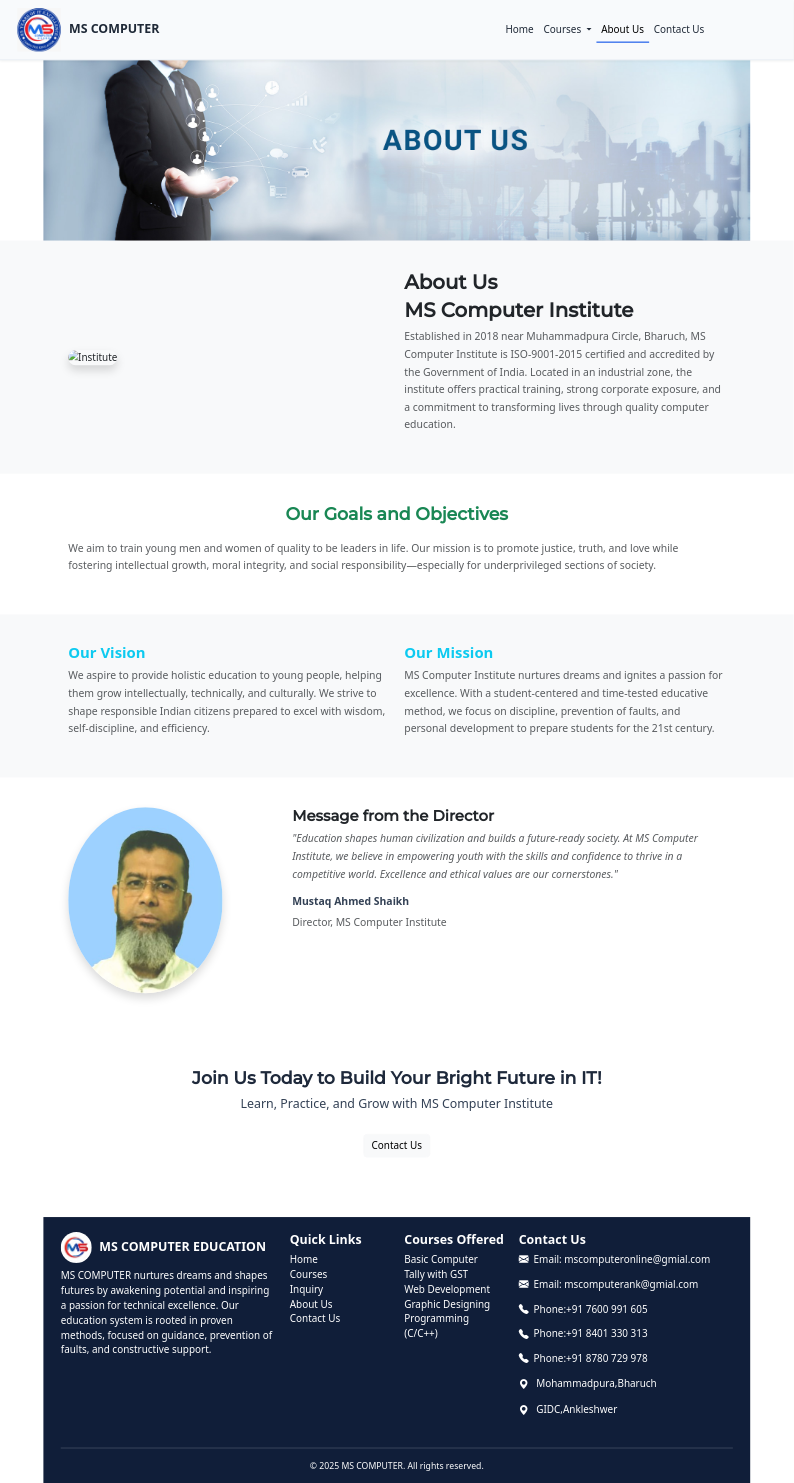
Repository: mscomputer2025/mscomputer
Page: http://localhost/aboutus
An editor plug-in stored every save of this project. The page is shown before and after the next save, followed by the edit.
The browser window is 1280 px wide. The pictures show the whole page, at 62% of full size.
Some web fonts or font styles are not loaded; a fallback is used. The page is served by the project's Laravel application, run on PHP 8.4 with Laravel 12. Other server files are loaded and not shown. Queries for data that is not in the repository find no rows.

Above is the page before, as saved 2025-07-04 17:48:45.

### app/Providers/AppServiceProvider.php
<?php

namespace App\Providers;

use Illuminate\Support\ServiceProvider;
use App\Models\Courses;
use Illuminate\Support\Facades\View;

class AppServiceProvider extends ServiceProvider
{

    public function register(): void
    {
        //
    }

    public function boot()
{
    View::composer('*', function ($view) {
        $view->with('allCourses', Courses::all());
    });
}
}

### app/Providers/ViewServiceProvider.php
<?php

namespace App\Providers;

use Illuminate\Support\ServiceProvider;
use Illuminate\Support\Facades\View;
use Illuminate\View\Compilers\BladeCompiler;
use Illuminate\Support\Facades\Validator;
use App\Models\Courses;

class ViewServiceProvider extends ServiceProvider
{

    public function register(): void
    {
        //
    }


    public function boot()
    {
        View::composer('*', function ($view) {
            $courses = Courses::all();
            $view->with('courses', $courses);
        });
    }
}

### routes/web.php
<?php

use Illuminate\Support\Facades\Route;

Route::get('/', function () {
    return view('homepage');
});
Route::get('/contactus', function () {
    return view('contactus');
});
Route::get('/courses', function () {
    return view('courses');
});
Route::get('/aboutus', function () {
    return view('aboutus');
});

### app/Models/Courses.php
<?php

namespace App\Models;

use Illuminate\Database\Eloquent\Model;

class Courses extends Model
{
    protected $fillable = [
        'course_id', 'course_title', 'course_image', 'course_duration',
        'course_description', 'course_curriculum', 'course_rating', 'course_reviews'
    ];

    protected $casts = [
        'course_curriculum' => 'array',
    ];
}

### resources/views/aboutus.blade.php
@extends('master.master')

@section('title', 'About Us')

@section('content')

    <!-- Hero Banner -->
    <div class="container p-0">
        <img src="{{ asset('images/aboutus.jpg') }}" class="img-fluid"
            style="max-height: 400px; object-fit: cover;" alt="MS Computer Institute">
    </div>

    <!-- About Section -->
    <section class="py-5 bg-light">
        <div class="container">
            <div class="row align-items-center mx-3">
                <div class="col-lg-6 mb-4 mb-lg-0">
                    <img src="{{ asset('images/institute-front.jpg') }}" class="img-fluid rounded-4 shadow" alt="Institute">
                </div>
                <div class="col-lg-6">
                    <h2 class="fw-bold text-dark">About Us </h2>
                    <h2 class="fw-bold text-dark">MS Computer Institute </h2>
                    <p class="text-muted">Established in 2018 near Muhammadpura Circle, Bharuch, MS Computer Institute is
                        ISO-9001-2015 certified and accredited by the Government of India. Located in an industrial zone,
                        the institute offers practical training, strong corporate exposure, and a commitment to transforming
                        lives through quality computer education.</p>
                </div>
            </div>
        </div>
    </section>

    <!-- Goals and Objectives -->
    <section class="py-5">
        <div class="container">
            <h3 class="text-center fw-bold mb-4 text-success">Our Goals and Objectives</h3>
            <div class="row mx-3">
                <div class="col-md-12">
                    <p class="text-muted">We aim to train young men and women of quality to be leaders in life. Our mission
                        is to promote justice, truth, and love while fostering intellectual growth, moral integrity, and
                        social responsibility—especially for underprivileged sections of society.</p>
                </div>
            </div>
        </div>
    </section>

    <!-- Vision & Mission -->
    <section class="py-5 bg-light">
        <div class="container">
            <div class="row g-4 mx-3">
                <div class="col-md-6">
                    <h4 class="fw-semibold text-info">Our Vision</h4>
                    <p class="text-muted">We aspire to provide holistic education to young people, helping them grow
                        intellectually, technically, and culturally. We strive to shape responsible Indian citizens prepared
                        to excel with wisdom, self-discipline, and efficiency.</p>
                </div>
                <div class="col-md-6">
                    <h4 class="fw-semibold text-info">Our Mission</h4>
                    <p class="text-muted">MS Computer Institute nurtures dreams and ignites a passion for excellence. With a
                        student-centered and time-tested educative method, we focus on discipline, prevention of faults, and
                        personal development to prepare students for the 21st century.</p>
                </div>
            </div>
        </div>
    </section>

    <!-- Director's Message -->
    <section class="py-5">
        <div class="container">
            <div class="row align-items-start mx-3">
                <div class="col-lg-4 mb-4">
                    <img src="{{ asset('images/director.jpg') }}" class="img-fluid rounded-circle shadow" alt="Director"
                        style="max-height: 300px;">
                </div>
                <div class="col-lg-8">
                    <h4 class="fw-bold text-dark">Message from the Director</h4>
                    <p class="text-muted fst-italic">"Education shapes human civilization and builds a future-ready society.
                        At MS Computer Institute, we believe in empowering youth with the skills and confidence to thrive in
                        a competitive world. Excellence and ethical values are our cornerstones."</p>
                    <p class="mb-1 fw-semibold">Mustaq Ahmed Shaikh</p>
                    <p class="text-muted">Director, MS Computer Institute</p>
                </div>
            </div>
        </div>
    </section>

    <!-- Call to Action -->
    <section class="py-5  text-white text-center" style="color: rgba(var(--bs-white-rgb), var(--bs-text-opacity)) !important;">
        <div class="container">
            <h3 class="fw-bold mx-3">Join Us Today to Build Your Bright Future in IT!</h3>
            <p class="lead mx-3">Learn, Practice, and Grow with MS Computer Institute</p>
            <a href="{{ url('/contact') }}" class="btn btn-light mt-3 mx-3">Contact Us</a>
        </div>
    </section>

@endsection

### resources/views/master/master.blade.php
<!DOCTYPE html>
<html lang="en">
<head>
    <meta charset="UTF-8">
    <meta name="viewport" content="width=device-width, initial-scale=1.0">
    <link rel="stylesheet" href="{{ asset('css/master.css') }}">
    <link href="https://fonts.googleapis.com/css2?family=Poppins&display=swap" rel="stylesheet">
    <link href="https://fonts.googleapis.com/css2?family=Orbitron:wght@600&family=Montserrat:wght@500&display=swap" rel="stylesheet">
    <link rel="stylesheet" href="https://cdn.jsdelivr.net/npm/bootstrap-icons@1.10.5/font/bootstrap-icons.css">
    <link href="https://cdn.jsdelivr.net/npm/bootstrap@5.3.7/dist/css/bootstrap.min.css" rel="stylesheet">
    <title>MS COMPUTER - @yield('title')</title>
</head>
<body>

    @include('master.header')

    <main>
        @yield('content')
    </main>

    @include('master.footer')

    <script src="https://cdn.jsdelivr.net/npm/bootstrap@5.3.7/dist/js/bootstrap.bundle.min.js"></script>
</body>
</html>

### resources/views/master/header.blade.php
<nav class="navbar navbar-expand-lg navbar-light shadow-sm">
    <div class="container mx-3">
        <a class="navbar-brand" href="#">
            <img src="{{ asset('logo.jpeg') }}" alt="Institute Logo" width="70" height="100" class="img-fluid">
            <span class="ms-2 fw-bold">MS COMPUTER</span>
        </a>
        <button class="navbar-toggler" type="button" data-bs-toggle="collapse" data-bs-target="#navbarContent"
            aria-controls="navbarContent" aria-expanded="false" aria-label="Toggle navigation">
            <span class="navbar-toggler-icon"></span>
        </button>

        <div class="collapse navbar-collapse justify-content-end" id="navbarContent">
            <ul class="navbar-nav mb-2 mb-lg-0">

                <li class="nav-item">
                    <a class="nav-link {{ request()->is('/') ? 'active' : '' }}" href="{{ url('/') }}">Home</a>
                </li>

                <li class="nav-item dropdown">
                    <a class="nav-link dropdown-toggle {{ request()->is('courses') ? 'active' : '' }}" href="#"
                        id="coursesDropdown" role="button" data-bs-toggle="dropdown" aria-expanded="false">
                        Courses
                    </a>
                    <ul class="dropdown-menu" aria-labelledby="coursesDropdown">
                        <li><a class="dropdown-item" href="#">Basic Computer</a></li>
                        <li><a class="dropdown-item" href="#">PGDCA</a></li>
                        <li><a class="dropdown-item" href="#">ADIT</a></li>
                        <li><a class="dropdown-item" href="#">Web Development & Designing</a></li>
                        <li><a class="dropdown-item" href="#">Tally GST</a></li>
                        <li><a class="dropdown-item" href="#">Graphic Design</a></li>
                    </ul>
                </li>

                <li class="nav-item">
                    <a class="nav-link {{ request()->is('aboutus') ? 'active' : '' }}" href="{{ url('/aboutus') }}">About
                        Us</a>
                </li>

                <li class="nav-item">
                    <a class="nav-link {{ request()->is('contactus') ? 'active' : '' }}"
                        href="{{ url('/contactus') }}">Contact Us</a>
                </li>

            </ul>
        </div>
    </div>
</nav>

### resources/views/master/footer.blade.php
<footer class="container text-white pt-4 pb-3 mt-5 footer-bg">
    <div class="mx-3">
        <div class="row">
            <!-- Institute Info -->
            <div class="col-md-4 mb-3">
                <a class="navbar-brand" href="#">
                    <img src="{{ asset('footerlogo.jpg') }}" alt="Institute Logo" width="50" height="70"
                        class="img-fluid rounded-circle me-2">
                </a>
                <span class="fw-bold h5">MS COMPUTER EDUCATION</span>
                <p class="mt-2">
                    MS COMPUTER nurtures dreams and shapes futures by awakening potential and inspiring a passion for
                    technical excellence. Our education system is rooted in proven methods, focused on guidance,
                    prevention of faults, and constructive support.
                </p>
            </div>

            <!-- Quick Links -->
            <div class="col-md-2 mb-3">
                <h5 class="fw-bold">Quick Links</h5>
                <ul class="list-unstyled">
                    <li><a href="#" class="text-white text-decoration-none">Home</a></li>
                    <li><a href="#" class="text-white text-decoration-none">Courses</a></li>
                    <li><a href="#" class="text-white text-decoration-none">Inquiry</a></li>
                    <li><a href="#" class="text-white text-decoration-none">About Us</a></li>
                    <li><a href="#" class="text-white text-decoration-none">Contact Us</a></li>
                </ul>
            </div>

            <!-- Courses Offered -->
            <div class="col-md-2 mb-3">
                <h5 class="fw-bold">Courses Offered</h5>
                <ul class="list-unstyled">
                    <li><a href="#" class="text-white text-decoration-none">Basic Computer</a></li>
                    <li><a href="#" class="text-white text-decoration-none">Tally with GST</a></li>
                    <li><a href="#" class="text-white text-decoration-none">Web Development</a></li>
                    <li><a href="#" class="text-white text-decoration-none">Graphic Designing</a></li>
                    <li><a href="#" class="text-white text-decoration-none">Programming (C/C++)</a></li>
                </ul>
            </div>

            <!-- Contact Info -->
            <div class="col-md-4 mb-3">
                <h5 class="fw-bold">Contact Us</h5>
                <p><i class="bi bi-envelope-fill me-2"></i>Email: mscomputeronline@gmial.com</p>
                <p><i class="bi bi-envelope-fill me-2"></i>Email: mscomputerank@gmial.com</p>
                <p><i class="bi bi-telephone-fill me-2"></i>Phone:+91 7600 991 605 </p>
                <p><i class="bi bi-telephone-fill me-2"></i>Phone:+91 8401 330 313</p>
                <p><i class="bi bi-telephone-fill me-2"></i>Phone:+91 8780 729 978</p>
                <p><i class="bi bi-geo-alt-fill me-2 align-middle"></i> Mohammadpura,Bharuch</p>
                <p><i class="bi bi-geo-alt-fill me-2 align-middle"></i> GIDC,Ankleshwer</p>
            </div>
        </div>

        <hr class="bg-secondary">
        <div class="text-center">
            <small>&copy; {{ date('Y') }} MS COMPUTER. All rights reserved.</small>
        </div>
    </div>
</footer>

### public/css/master.css
:root {
  --primary-light: #F8FAFC;
  --accent-blue: #2563EB;
  --nav-text: #1F2937;
  --footer-bg: #101e39;
  --footer-text: #bde6e0;
  --footer-link-hover: #2563EB;
}

.navbar {
  background-color: var(--primary-light);
  border-bottom: 1px solid #e2e8f0;
  /* font-family: 'Orbitron', sans-serif;  */
}

.navbar .navbar-brand span {
  color: var(--nav-text);
  font-weight: 700;
}

.navbar .nav-link {
  color: var(--nav-text);
  font-weight: 500;
}

.navbar .nav-link.active,
.navbar .nav-link:hover {
  color: var(--accent-blue);
  border-bottom: 2px solid var(--accent-blue);
}

/* Dropdown Styling */
.navbar .dropdown-menu {
  background-color: var(--primary-light);
  border: 1px solid #e2e8f0;
  box-shadow: 0 6px 12px rgba(0, 0, 0, 0.1);
}

.navbar .dropdown-item {
  color: var(--nav-text);
}

.navbar .dropdown-item:hover {
  background-color: var(--accent-blue);
  color: white;
}

footer.footer-bg {
  background-color: var(--footer-bg);
  color: var(--footer-text);
}

footer.footer-bg span h5 {
  color: var(--footer-text);
}

footer.footer-bg a {
  color: var(--footer-text);
  text-decoration: none;
}

footer.footer-bg a:hover {
  color: var(--footer-link-hover);
  text-decoration: underline;
}

footer.footer-bg hr {
  border-top: 1px solid #cbd5e1;
}

.hero {
  width: 100%;
  height: 100vh;
    background-image: url('../images/herosection.jpeg');
  background-position: center center;
  background-size: cover;
  background-repeat: no-repeat;
  position: relative;
  display: flex;
  align-items: center;
  justify-content: center;
  text-align: center;
  color: white;
  overflow: hidden;
  /* font-family: 'Orbitron', sans-serif; */
  padding: 0 15px;
}

.hero::before {
  content: "";
  position: absolute;
  inset: 0;
  background-color: rgba(0, 0, 0, 0.4);
  z-index: 1;
}
.hero>div {
  position: relative;
  z-index: 2;
  text-shadow: 0 2px 8px rgba(0, 0, 0, 0.8);
  max-width: 800px;
  margin: auto;
}
@media (max-width: 768px) {
  .hero h1 {
    font-size: 2rem;
  }

  .hero p {
    font-size: 1rem;
  }
}
@media (max-width: 480px) {
  .hero {
    height: 80vh;
    padding: 20px;
  }
  .hero h1 {
    font-size: 1.5rem;
  }

  .hero p {
    font-size: 0.95rem;
  }
}
.course-box {
  transition: transform 0.3s ease,
}
.course-box:hover {
  transform: translateY(-5px);
  box-shadow: 0 10px 20px rgba(12, 12, 12, 0.1);
}
.heading-styled {
  font-family: 'Orbitron', sans-serif;
  font-size: 2rem;
  letter-spacing: 1px;
  color: #1f2937;
  position: relative;
}
@media (max-width: 576px) {
  .heading-styled {
    font-size: 1.5rem;
  }
}
.heading-styled::after {
  content: "";
  width: 60%;
  height: 3px;
  position: absolute;
  bottom: -10px;
  left: 0;
  border-radius: 2px;
}
section .fw-bold {
  font-family: 'Montserrat', sans-serif;
  color: #1e293b;
}

section p {
  font-size: 1.05rem;
  line-height: 1.7;
  color: #334155;
}
.about-image {
  max-height: 500px;
  object-fit: cover;
  width: 70%;
}

@media (max-width: 768px) {
  .about-image {
    width: 100%;
  }
}
.cert-logo {

  object-fit: contain;
  transition: transform 0.3s ease;
}

.cert-logo:hover {
  transform: scale(1.1);
}

.typewriter {
  overflow: hidden;
  border-right: 2px solid #000;
  white-space: nowrap;
  margin: 0 auto;
  animation: typing 3s steps(40, end), blink 0.75s step-end infinite;
  width: fit-content;
}

@keyframes typing {
  from { width: 0 }
  to { width: 100% }
}
@keyframes blink {
  50% { border-color: transparent }
}
.contact-banner {
  height: 500px;
  overflow: hidden;
}

@media (max-width: 768px) {
  .contact-banner {
    height: 250px;
  }
}

.object-fit-cover {
  object-fit: cover;
}

 .overflow-auto::-webkit-scrollbar {
        height: 8px;
    }
    .overflow-auto::-webkit-scrollbar-thumb {
        background: #ccc;
        border-radius: 10px;
    }
    .overflow-auto::-webkit-scrollbar-track {
        background: transparent;
    }

    .transition-hover:hover {
        transform: translateY(-5px);
        transition: all 0.3s ease-in-out;
    }

After the next save:
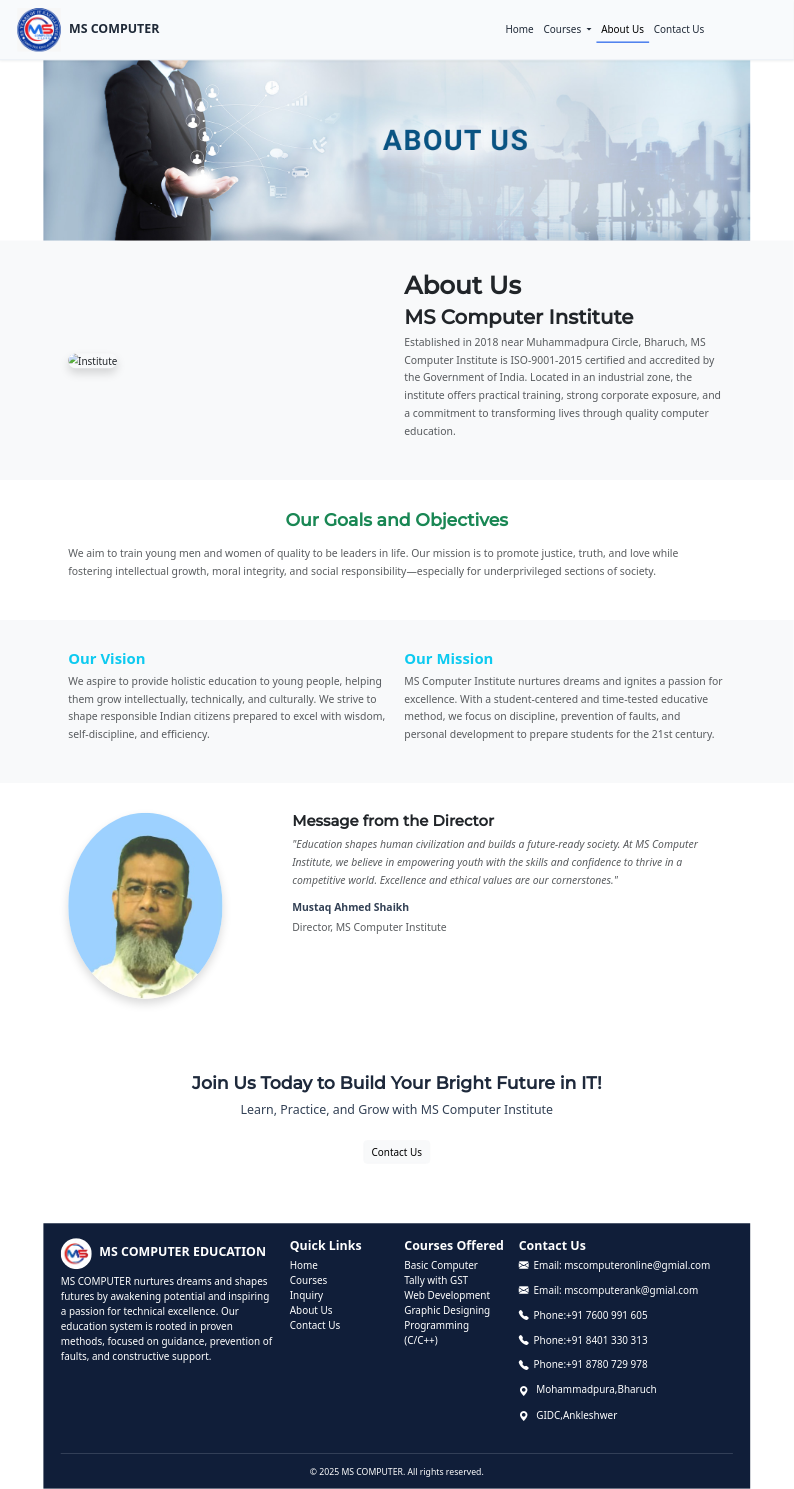
Saved 5 s later.
--- a/resources/views/aboutus.blade.php
+++ b/resources/views/aboutus.blade.php
@@ -18,7 +18,7 @@
                     <img src="{{ asset('images/institute-front.jpg') }}" class="img-fluid rounded-4 shadow" alt="Institute">
                 </div>
                 <div class="col-lg-6">
-                    <h2 class="fw-bold text-dark">About Us </h2>
+                    <h1 class="fw-bold text-dark">About Us </h2>
                     <h2 class="fw-bold text-dark">MS Computer Institute </h2>
                     <p class="text-muted">Established in 2018 near Muhammadpura Circle, Bharuch, MS Computer Institute is
                         ISO-9001-2015 certified and accredited by the Government of India. Located in an industrial zone,
